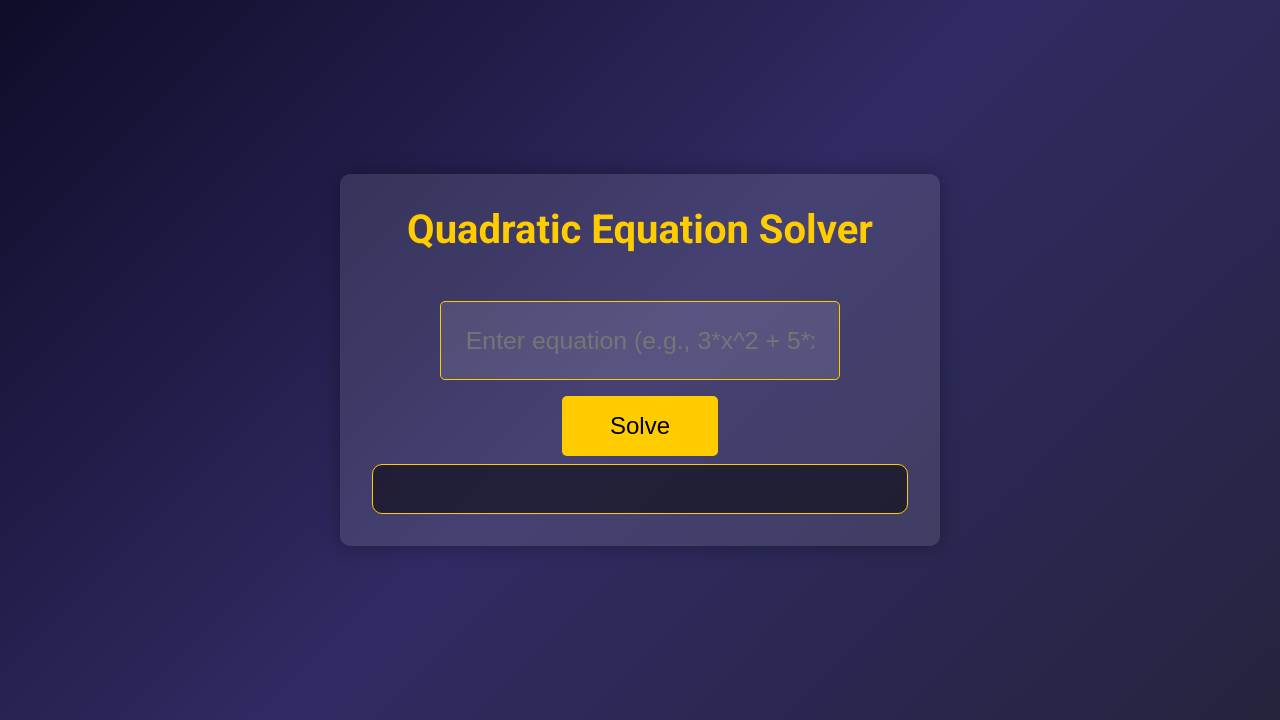
Repository: ngl-ankit/equation-solver
Page: index.html
These files come from the project's save history. The page is drawn as it stood at one moment and after the next save; the edit follows.
The browser window is 1280 px wide. The pictures show the whole page.

Above is the page before, as saved 2024-07-08 11:19:38.

### index.html
<!DOCTYPE html>
<html lang="en">
  <head>
    <meta charset="UTF-8" />
    <meta name="viewport" content="width=device-width, initial-scale=1.0" />
    <title>Quadratic Equation Solver</title>
    <link rel="stylesheet" href="styles.css" />
  </head>
  <body>
    <div class="container">
      <h1>Quadratic Equation Solver</h1>
      <div class="form-container">
        <form id="equation-form">
          <input
            type="text"
            id="equation-input"
            placeholder="Enter equation (e.g., 3*x^2 + 5*x - 2 = 0)"
            required
          />
          <button type="submit" class="solve-btn">Solve</button>
        </form>
      </div>
      <div id="results" class="results"></div>
    </div>
    <script src="script.js"></script>
  </body>
</html>

### styles.css
@import url("https://fonts.googleapis.com/css2?family=Roboto:wght@400;700&display=swap");

* {
  margin: 0;
  padding: 0;
  box-sizing: border-box;
}

body {
  display: flex;
  justify-content: center;
  align-items: center;
  height: 100vh;
  font-family: "Roboto", sans-serif;
  background: linear-gradient(135deg, #0f0c29, #302b63, #24243e);
  color: #fff;
}

.container {
  max-width: 600px;
  width: 90%;
  background: rgba(255, 255, 255, 0.1);
  padding: 2rem;
  border-radius: 10px;
  box-shadow: 0 0 20px rgba(0, 0, 0, 0.3);
  text-align: center;
}

h1 {
  font-size: 2.5rem;
  margin-bottom: 3rem;
  color: #ffcc00;
}

.form-container {
  margin-bottom: 0.2rem;
}

form {
  display: flex;
  flex-direction: column;
  align-items: center;
}

input[type="text"] {
  width: 100%;
  max-width: 400px;
  padding: 1.55rem;
  border: 1px solid #ffcc00;
  border-radius: 5px;
  background: rgba(255, 255, 255, 0.1);
  color: #fff;
  font-size: 1.55rem;
  margin-bottom: 1rem;
  transition: background-color 0.3s, border-color 0.3s;
}

input[type="text"]:hover,
input[type="text"]:focus {
  background-color: rgba(255, 255, 255, 0.2);
  border-color: #ff9900;
}

button.solve-btn {
  padding: 1rem 3rem;
  border: none;
  background-color: #ffcc00;
  color: #000;
  border-radius: 5px;
  cursor: pointer;
  transition: background-color 0.3s, transform 0.3s;
  font-size: 1.5rem;
  outline: none;
}

button.solve-btn:hover {
  background-color: #ff9900;
  transform: scale(1.08);
}

.results {
  background: rgba(0, 0, 0, 0.5);
  border: 1px solid #ffcc00;
  border-radius: 10px;
  padding: 1.5rem;
  margin-top: 0.5rem;
  text-align: left;
  animation: fadeIn 0.5s ease-in-out;
}

.results p {
  font-size: 1rem;
  line-height: 1.6;
  margin-bottom: 1rem;
}

.solution-steps {
  margin-top: 1rem;
}

@keyframes fadeIn {
  from {
    opacity: 0;
  }
  to {
    opacity: 1;
  }
}

### script.js
document.getElementById('equation-form').addEventListener('submit', function (event) {
  event.preventDefault();
  const equation = document.getElementById('equation-input').value;
  const result = solveQuadraticEquation(equation);
  displayResults(result);
});

function solveQuadraticEquation(equation) {
  const trimmedEquation = equation.replace(/\s/g, ''); // Remove all whitespace
  const regex = /^([-+]?\d*\.?\d*)\*?x\^2([-+]?\d*\.?\d*)\*?x([-+]?\d*\.?\d*)=?0$/;
  const matches = trimmedEquation.match(regex);

  if (!matches) {
    return { equation, error: 'Invalid equation format' };
  }

  const a = parseFloat(matches[1]) || 1;
  const b = parseFloat(matches[2]) || 0;
  const c = parseFloat(matches[3]) || 0;

  const discriminant = b * b - 4 * a * c;

  let solutions = [];
  let solutionSteps = [];

  solutionSteps.push(`Given equation: ${equation}`);

  solutionSteps.push(`Step 1: Calculate Discriminant (D) = ${b}^2 - 4 * ${a} * ${c}`);
  solutionSteps.push(`D = ${discriminant}`);

  if (discriminant > 0) {
    const x1 = (-b + Math.sqrt(discriminant)) / (2 * a);
    const x2 = (-b - Math.sqrt(discriminant)) / (2 * a);
    solutions = [x1, x2];
    solutionSteps.push(`Step 2: Apply the Quadratic Formula:`);
    solutionSteps.push(`x1 = (-${b} + √${discriminant}) / (2 * ${a}) = ${x1}`);
    solutionSteps.push(`x2 = (-${b} - √${discriminant}) / (2 * ${a}) = ${x2}`);
  } else if (discriminant === 0) {
    const x = -b / (2 * a);
    solutions = [x];
    solutionSteps.push(`Step 2: Apply the Quadratic Formula:`);
    solutionSteps.push(`x = -${b} / (2 * ${a}) = ${x}`);
  } else {
    solutionSteps.push(`Step 2: Since D < 0, no real solutions exist.`);
  }

  return {
    equation,
    solutions,
    discriminant,
    solutionSteps
  };
}

function displayResults(result) {
  const resultsDiv = document.getElementById('results');
  resultsDiv.innerHTML = `
    <h2>Results:</h2>
    <div class="solution-steps">
      ${result.solutionSteps.map(step => `<p>${step}</p>`).join('')}
    </div>
    <p><strong>Discriminant:</strong> ${result.discriminant}</p>
    ${result.solutions.length > 0 ? `
    <p><strong>Solutions:</strong> ${result.solutions.join(', ')}</p>` : ''}
  `;
}

After the next save:
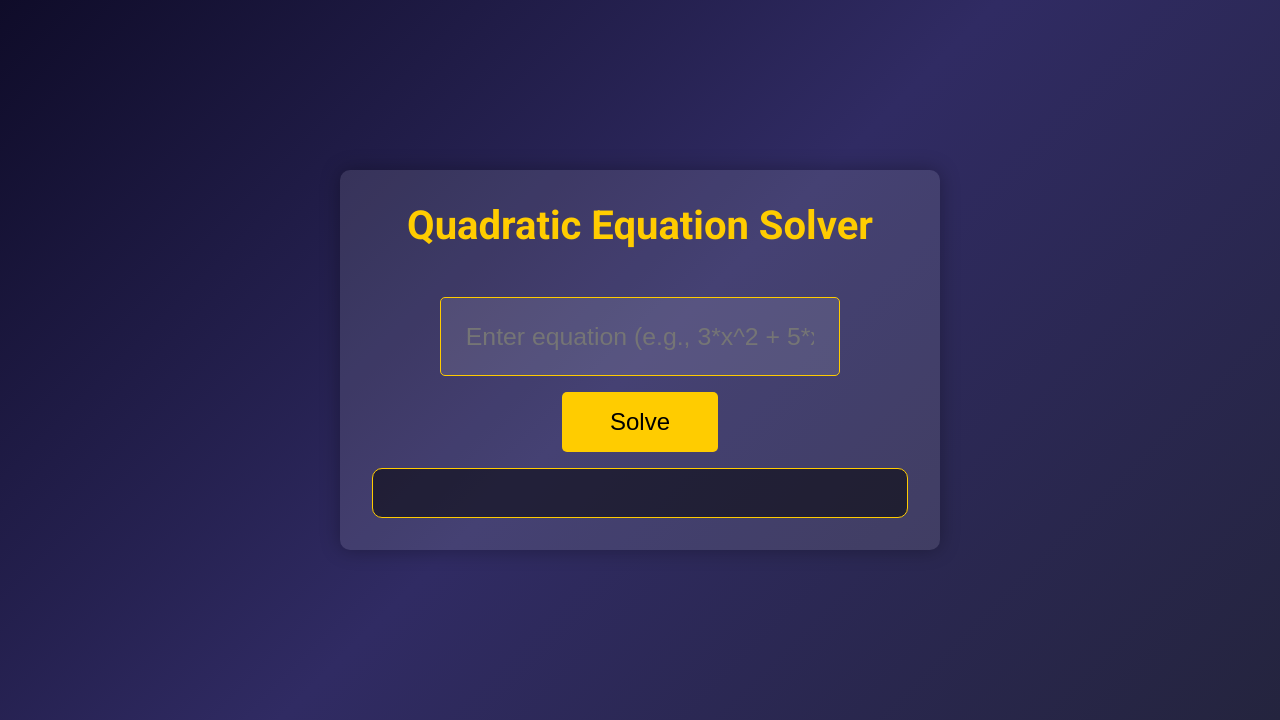
Saved 17 s later.
--- a/styles.css
+++ b/styles.css
@@ -83,7 +83,7 @@ button.solve-btn:hover {
   border: 1px solid #ffcc00;
   border-radius: 10px;
   padding: 1.5rem;
-  margin-top: 0.5rem;
+  margin-top: 1rem;
   text-align: left;
   animation: fadeIn 0.5s ease-in-out;
 }
